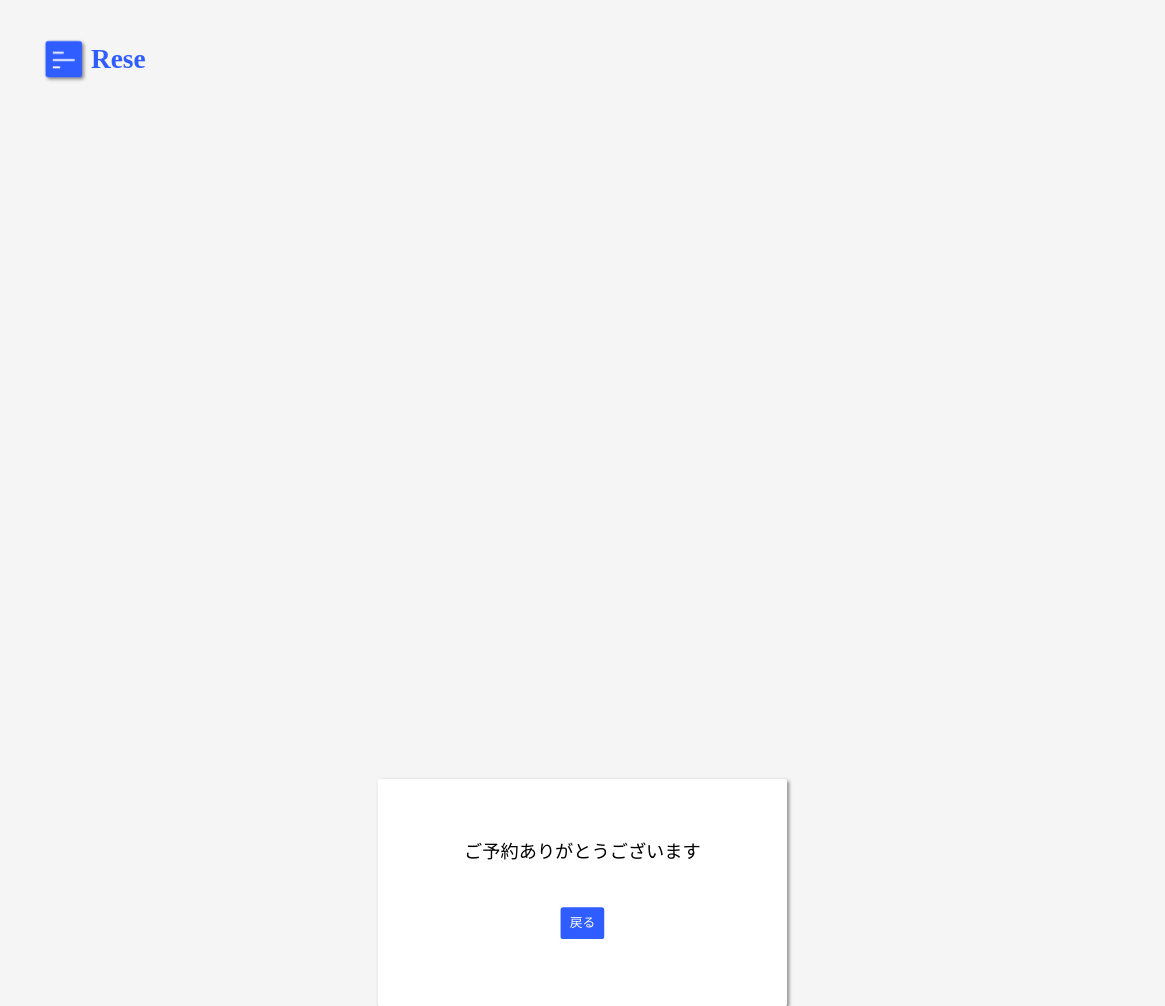
Repository: Haruka-Wada/Rese
Page: http://localhost/done
An editor plug-in stored every save of this project. The page is shown before and after a run of saves, followed by the edit.
The browser window is 1280 px wide. The pictures show the whole page, at 91% of full size.
The page is served by the project's Laravel application, run on PHP 8.4 with Laravel 8.

Above is the page before, as saved 2024-10-28 14:55:49.

After the next 2 saves:
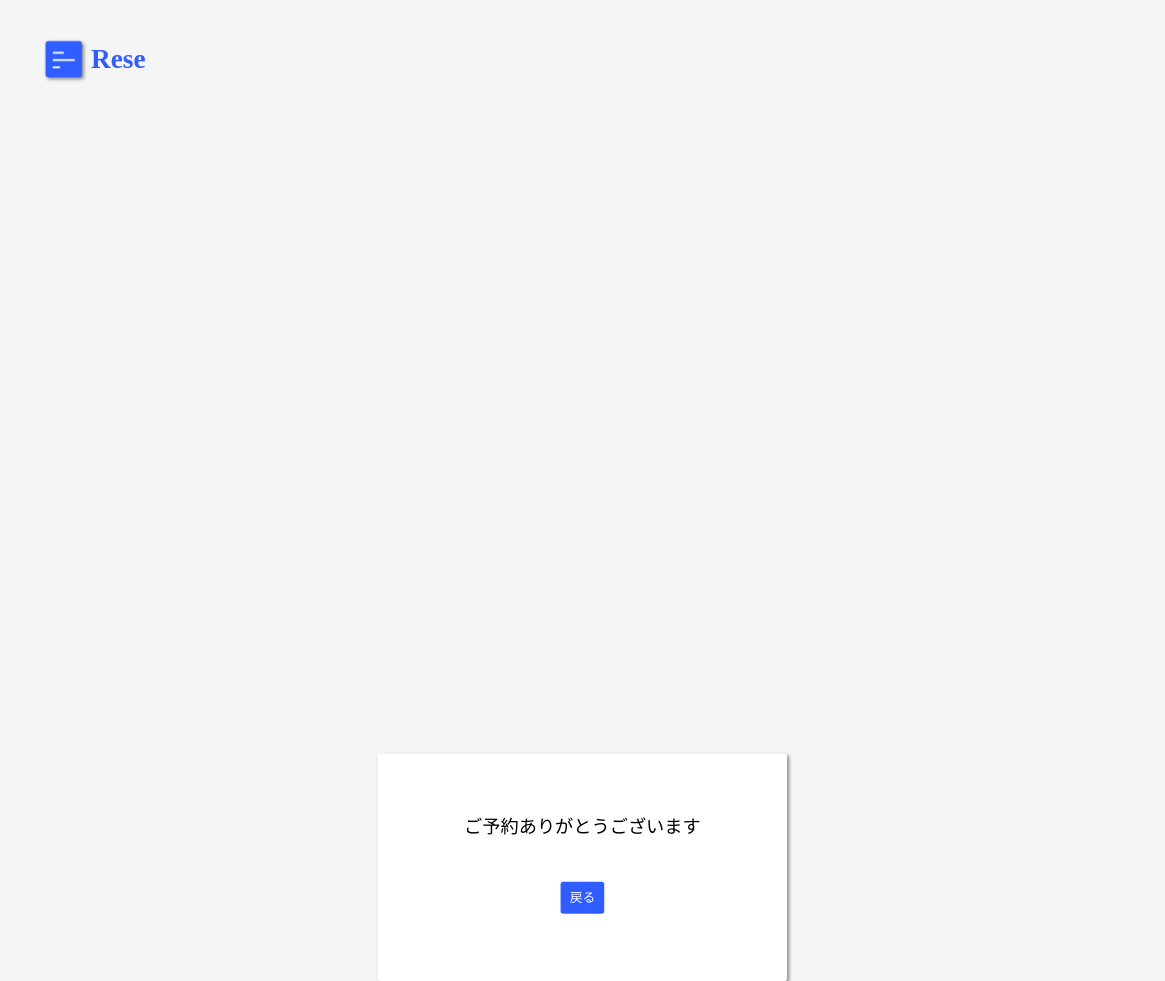
The 2 saves are shown as one change because they came seconds apart.
The last was saved 25 s later.
--- a/src/public/css/app.css
+++ b/src/public/css/app.css
@@ -123,11 +123,10 @@ body {
 }
 
 .body__overlay {
-    height: 80vh;
+    height: 90vh;
     margin: 0 auto;
     display: flex;
     align-items: center;
-    padding: 50px;
     position: relative;
     overflow: hidden;
 }
